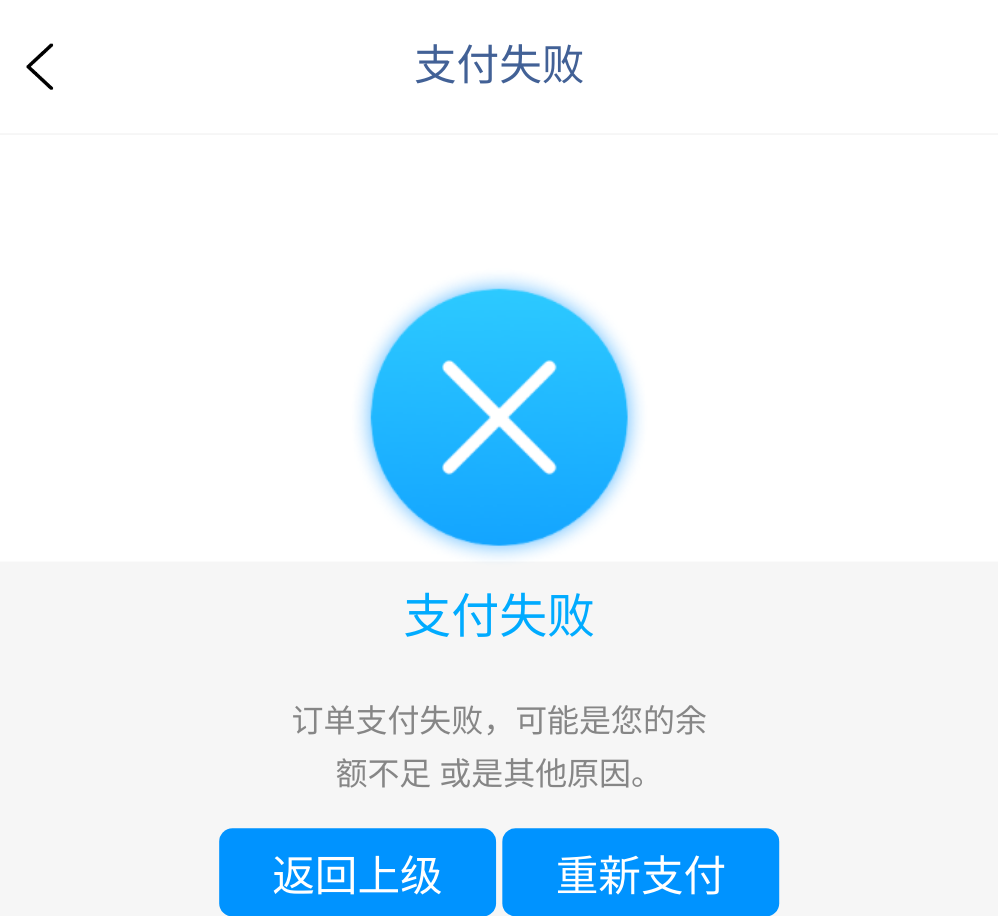
Repository: 421538074/sell
Page: consumer/pay-fail.html
These files come from the project's save history. The page is drawn as it stood at one moment and after the next save; the edit follows.
The browser window is 1280 px wide. The pictures show the whole page, at 78% of full size.

Above is the page before, as saved 2019-05-31 15:44:32.

After the next save:
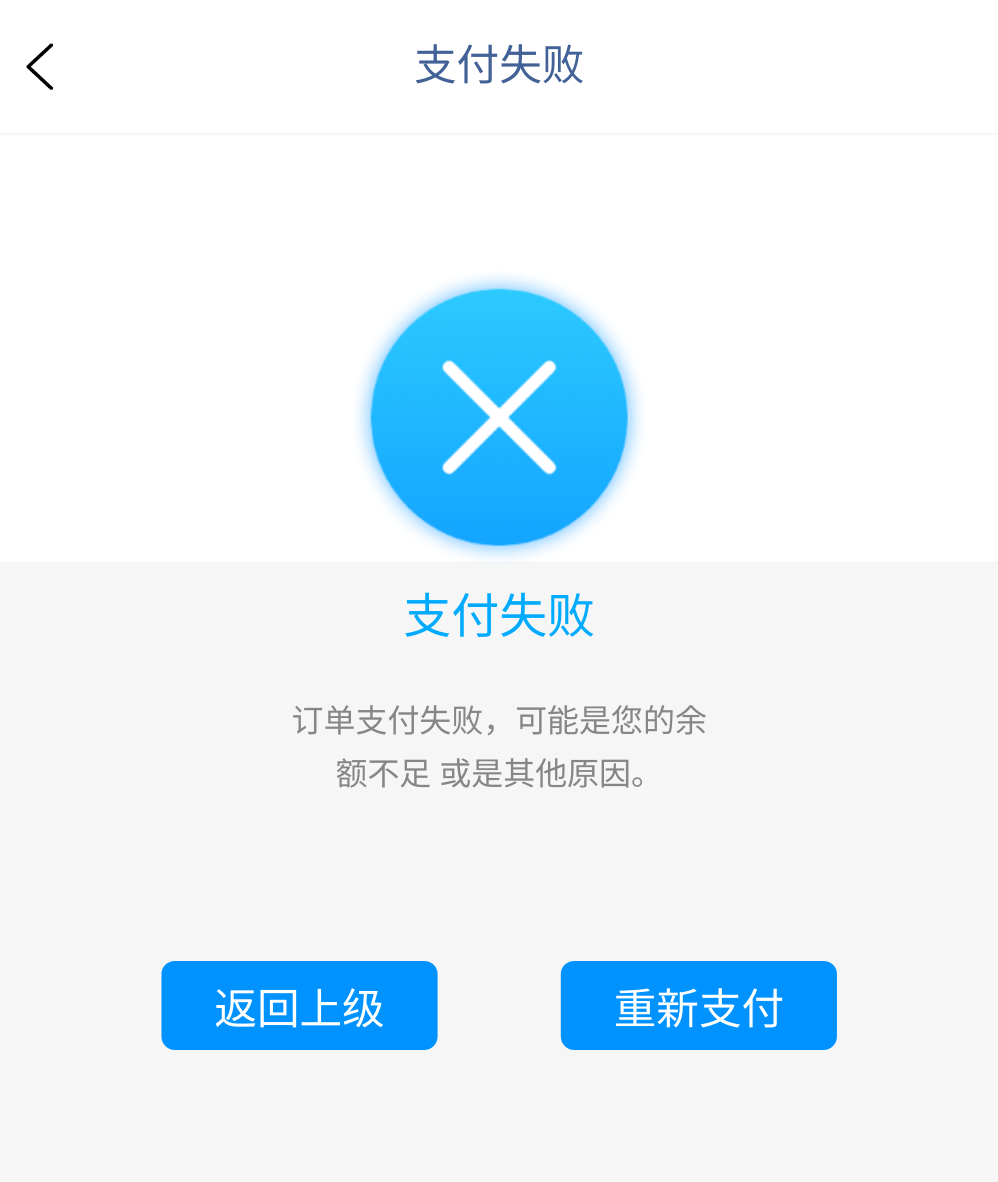
Saved 49 s later.
--- a/consumer/css/pay-fail.css
+++ b/consumer/css/pay-fail.css
@@ -36,3 +36,10 @@ button.go-back,button.re-pay {
     padding: 0.5rem 2rem;
     border-radius: 0.5rem;
 }
+.operation-group {
+    width: 80%;
+    padding: 5rem 0;
+    display: flex;
+    align-items: center;
+    justify-content: space-around;
+}
